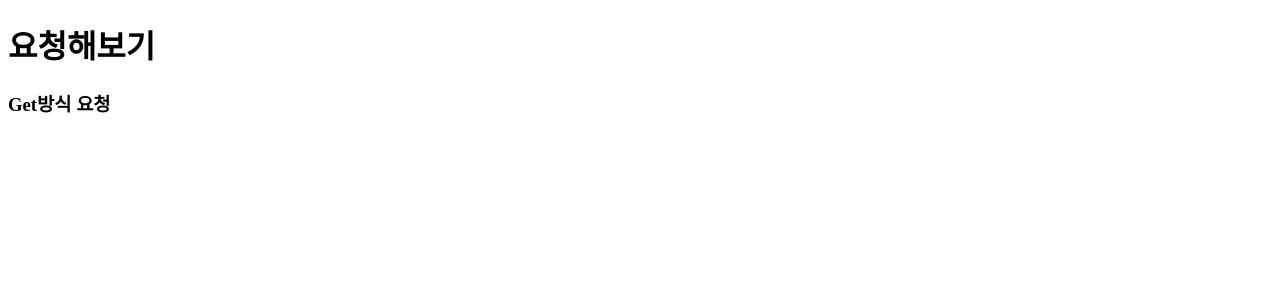
Repository: SanctusAlbino/Jsp_Servlet
Page: http://localhost/04.Implicit/Ex01_Request/Ex02_Request.jsp
An editor plug-in stored every save of this project. The page is shown before and after the next save, followed by the edit.
The browser window is 1280 px wide. The pictures show the whole page.
The page is served by Tomcat 9. Other server files are loaded and not shown.

Above is the page before, as saved 2023-05-22 01:59:35.

### 04.Implicit/src/main/webapp/Ex01_Request/Ex02_Request.jsp
<%@ page language="java" contentType="text/html; charset=UTF-8"
    pageEncoding="UTF-8"%>
<!DOCTYPE html>
<html>
<head>
<meta charset="UTF-8">
<title>Insert title here</title>
</head>
<body>
	<h1>요청해보기</h1>
	<!--
		특정한 Servlet파일 (Mapping=> "/요청주소") 에 어떠한 정보를 주고 다음 작업을 요청한다.(Client)
		ex)네이버에 아이디 비밀번호를 입력하고 로그인버튼을 누른다. => 로그인 후 작업을 요청한다.
		webapp(view):눈에 보이는 영역의 작업 (Html, Jsp, xmlLayout ...)
		Java (Controller): 눈에 안보이지만 View에서 들어온 요청을 처리하는 부분.
						(Java, C++, C#, Python, Servlet ...등의 백엔드 언어)
		request(Model) : View와 Controller 사이에서 데이터를 전송하는 목적으로 사용하는 객체. (사용하는 로직)
		MVC 패턴 - Web에서 가장 흔히 그리고 널리 사용되는 디자인 패턴 (C-> V->C->M->V->C)-->
		<!-- Get방식으로 Servlet 요청해서보기, Post방식으로 Servlet에 요청해보기
		요청받을 맵핑 => Ex01_Request <=

		-->
	<h3>Get방식 요청</h3>
	<form action="../Ex01_Request" method="get">
		<inputtype="submit">
	</form>
	<form action="Ex01_Request" method="post">
		<inputtype="submit">
	</form>


</body>
</html>

After the next save:
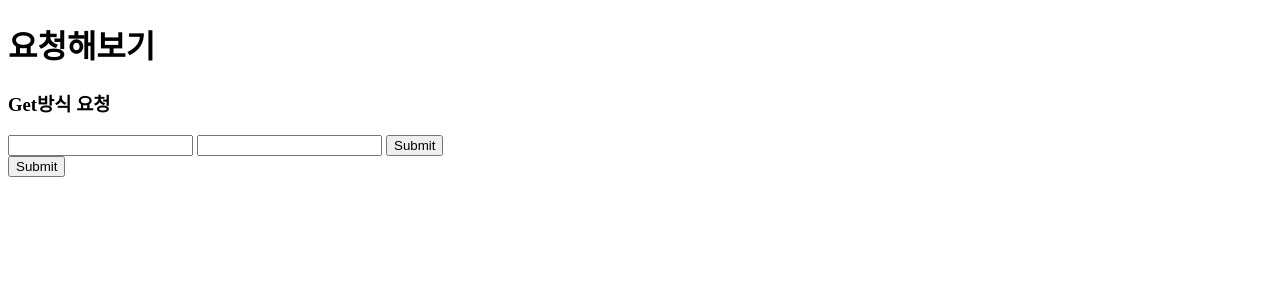
Saved 6 min 54 s later.
--- a/04.Implicit/src/main/webapp/Ex01_Request/Ex02_Request.jsp
+++ b/04.Implicit/src/main/webapp/Ex01_Request/Ex02_Request.jsp
@@ -22,10 +22,12 @@
 		-->
 	<h3>Get방식 요청</h3>
 	<form action="../Ex01_Request" method="get">
-		<inputtype="submit">
+		<input type="text" name="id" />
+		<input type="text" name="pw" />
+		<input type="submit">
 	</form>
 	<form action="Ex01_Request" method="post">
-		<inputtype="submit">
+		<input type="submit">
 	</form>
 
 
